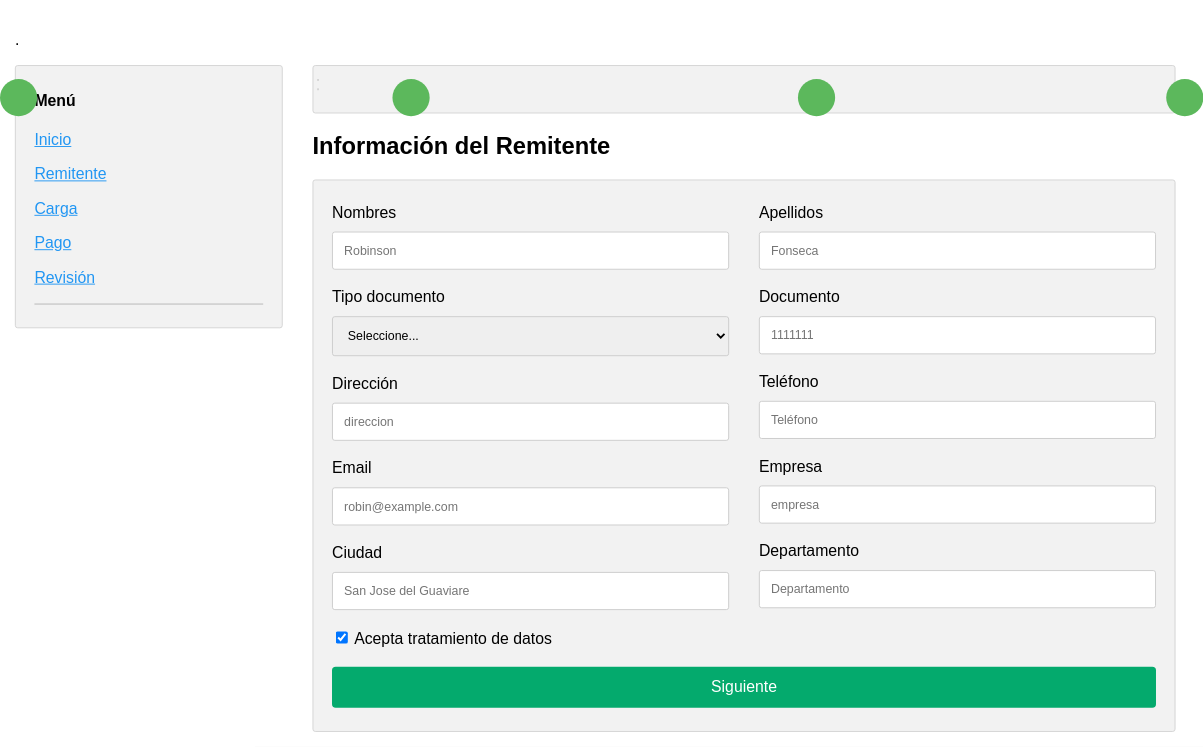
Repository: SennovaFluvial/Trasnfluvial
Page: appFluvial/templates/card1.html
The author's editor kept a copy of each file at every save. The page is drawn from the files as they stood at one save, then again after the next save.
The browser window is 1280 px wide. The page is 1294 px wide, then 1287 px, so the pictures cover 1294 px, including what lies to the right of the window. The pictures show the whole page, at 93% of full size.
Some web libraries are served in a nearby version. The template is drawn by Django 3.2. The application's start-up code is not run. Other server files are loaded and not shown. The template is opened directly, without the code that normally fills it, so the values that code supplies are empty.

Above is the page before, as saved 2023-10-18 22:26:05.

### appFluvial/templates/card1.html
<!DOCTYPE html>
<html>
<head>
<meta name="viewport" content="width=device-width, initial-scale=1">
<!--link rel="stylesheet" href="https://cdnjs.cloudflare.com/ajax/libs/font-awesome/4.7.0/css/font-awesome.min.css"-->
<style>
body {
  font-family: Arial;
  font-size: 17px;
  padding: 8px;
}

* {
  box-sizing: border-box;
}

.row {
  display: -ms-flexbox; /* IE10 */
  display: flex;
  -ms-flex-wrap: wrap; /* IE10 */
  flex-wrap: wrap;
  margin: 0 -16px;
}

.col-25 {
  -ms-flex: 25%; /* IE10 */
  flex: 25%;
}

.col-50 {
  -ms-flex: 50%; /* IE10 */
  flex: 50%;
}

.col-75 {
  -ms-flex: 75%; /* IE10 */
  flex: 75%;
}

.col-25,
.col-50,
.col-75 {
  padding: 0 16px;
}

.container {
  background-color: #f2f2f2;
  padding: 5px 20px 15px 20px;
  border: 1px solid lightgrey;
  border-radius: 3px;
}

input[type=text], select {
  width: 100%;
  margin-bottom: 20px;
  padding: 12px;
  border: 1px solid #ccc;
  border-radius: 3px;
}

input[type=submit] {
  background-color: #04AA6D;
  color: white;
  padding: 12px 20px;
  border: none;
  border-radius: 4px;
  cursor: pointer;
}

input[type=submit]:hover {
  background-color: #45a049;
}

label {
  margin-bottom: 10px;
  display: block;
}

.icon-container {
  margin-bottom: 20px;
  padding: 7px 0;
  font-size: 24px;
}

.btn {
  background-color: #04AA6D;
  color: white;
  padding: 12px;
  margin: 10px 0;
  border: none;
  width: 100%;
  border-radius: 3px;
  cursor: pointer;
  font-size: 17px;
}

.btn:hover {
  background-color: #45a049;
}

a {
  color: #2196F3;
}

hr {
  border: 1px solid lightgrey;
}

span.price {
  float: right;
  color: grey;
}

/* Responsive layout - when the screen is less than 800px wide, make the two columns stack on top of each other instead of next to each other (also change the direction - make the "cart" column go on top) */
@media (max-width: 800px) {
  .row {
    flex-direction: column-reverse;
  }
  .col-25 {
    margin-bottom: 20px;
  }
}

</style>
<style>
  .one, .two, .three, .four{
    position:absolute;
	margin-top:-10px;
	z-index:1;
	height:40px;
	width:40px;
	border-radius:25px;

}
.one{
	left:0%;
}
.two{
	left:33%;
}
.three{
	left:67%;
}
.four{
	left:98%;
}
.primary-color{
	background-color:#4989bd;
}
.success-color{
	background-color:#5cb85c;
}
.info-color{
	background-color:#5bc0de;
}
.no-color{
	background-color:inherit;
}

</style>


</head>
<body>

<p>.</p>
<div class="row">

  <div class="col-25">

    <div class="container">
      <h4>Menú <span class="price" style="color:black"><i class="fa fa-shopping-cart"></i> <b></b></span></h4>
      <p><a href="../">Inicio</a> <span class="price"> </span></p>
      <p><a href="../card/1/remitente">Remitente</a> <span class="price">  </span></p>
      <p><a href="../card/2/carga">Carga</a> <span class="price"> </span></p>
      <p><a href="../card/3/pago">Pago</a> <span class="price"> </span></p>
      <p><a href="../card/1/revision">Revisión</a> <span class="price"> </span></p>
      <hr>
      <!--p>Total <span class="price" style="color:black"><b>$30</b></span></p-->
    </div>
  </div>


  <div class="col-75">
    <!--  ****************************************BEGIN************************************************ -->
    <div class="container">
      <div class="row"><br />
        <div class="col-md-12">
            <hr />
        <div class="progress">
            <div class="one success-color"></div><div class="two success-color"></div><div class="three success-color"></div><div class="four success-color"></div>
            <div class="progress-bar progress-bar-success" style="width: 100%"></div>
        </div>
            <hr />
      </div>
      </div>
    </div>
    <!-- -*****************************************END**********************************************-->

    <h2>Información del Remitente</h2>
    <div class="container">
      <form action="/action_page.php">

        <div class="row">
          <div class="col-50">
            <h3>  </h3>
            <label for="fname"><i class="fa fa-user"></i> Nombres</label>
            <input type="text" id="fname" name="firstname" placeholder="Robinson">
            <div class="col-md-5 mb-3">
                <label for="tipodocumento">Tipo documento</label>
                <select class="custom-select d-block w-100" id="tipodocumento" required="">
                  <option value="">Seleccione...</option>
                  <option>CC</option>
                  <option>CE</option>
                  <option>Pasaporte</option>
                </select>
            </div>

            <label for="adr"><i class="fa fa-address-card-o"></i> Dirección</label>
            <input type="text" id="adr" name="address" placeholder="direccion">
            <label for="email"><i class="fa fa-envelope"></i> Email</label>
            <input type="text" id="email" name="email" placeholder="robin@example.com">
            <label for="city"><i class="fa fa-institution"></i> Ciudad</label>
            <input type="text" id="city" name="city" placeholder="San Jose del Guaviare">

          </div>

          <div class="col-50">
            <h3>  </h3>
            <label for="apellidos">Apellidos</label>
            <input type="text" id="apellidos" name="apellidos" placeholder="Fonseca">
            <label for="documento">Documento</label>
            <input type="text" id="documento" name="documento" placeholder="1111111">
            <label for="telefono">Teléfono</label>
            <input type="text" id="telefono" name="telefono" placeholder="Teléfono">
            <label for="empresa">Empresa</label>
            <input type="text" id="empresa" name="empresa" placeholder="empresa">
            <label for="dep">Departamento</label>
            <input type="text" id="dep" name="departamento" placeholder="Departamento">
            <!--div class="row">
              <div class="col-50">
                <label for="expyear">Exp Year</label>
                <input type="text" id="expyear" name="expyear" placeholder="2018">
              </div>
              <div class="col-50">
                <label for="cvv">CVV</label>
                <input type="text" id="cvv" name="cvv" placeholder="352">
              </div>
            </div-->
          </div>

        </div>
        <label>
          <input type="checkbox" checked="checked" name="sameadr"> Acepta tratamiento de datos
        </label>
        <input type="submit" value="Siguiente" class="btn small">
      </form>
    </div>
  </div>
  <!--div class="col-25">
    <div class="container">
      <h4>Cart <span class="price" style="color:black"><i class="fa fa-shopping-cart"></i> <b>4</b></span></h4>
      <p><a href="#">Product 1</a> <span class="price">$15</span></p>
      <p><a href="#">Product 2</a> <span class="price">$5</span></p>
      <p><a href="#">Product 3</a> <span class="price">$8</span></p>
      <p><a href="#">Product 4</a> <span class="price">$2</span></p>
      <hr>
      <p>Total <span class="price" style="color:black"><b>$30</b></span></p>
    </div>
  </div-->
</div>

</body>
</html>

After the next save:
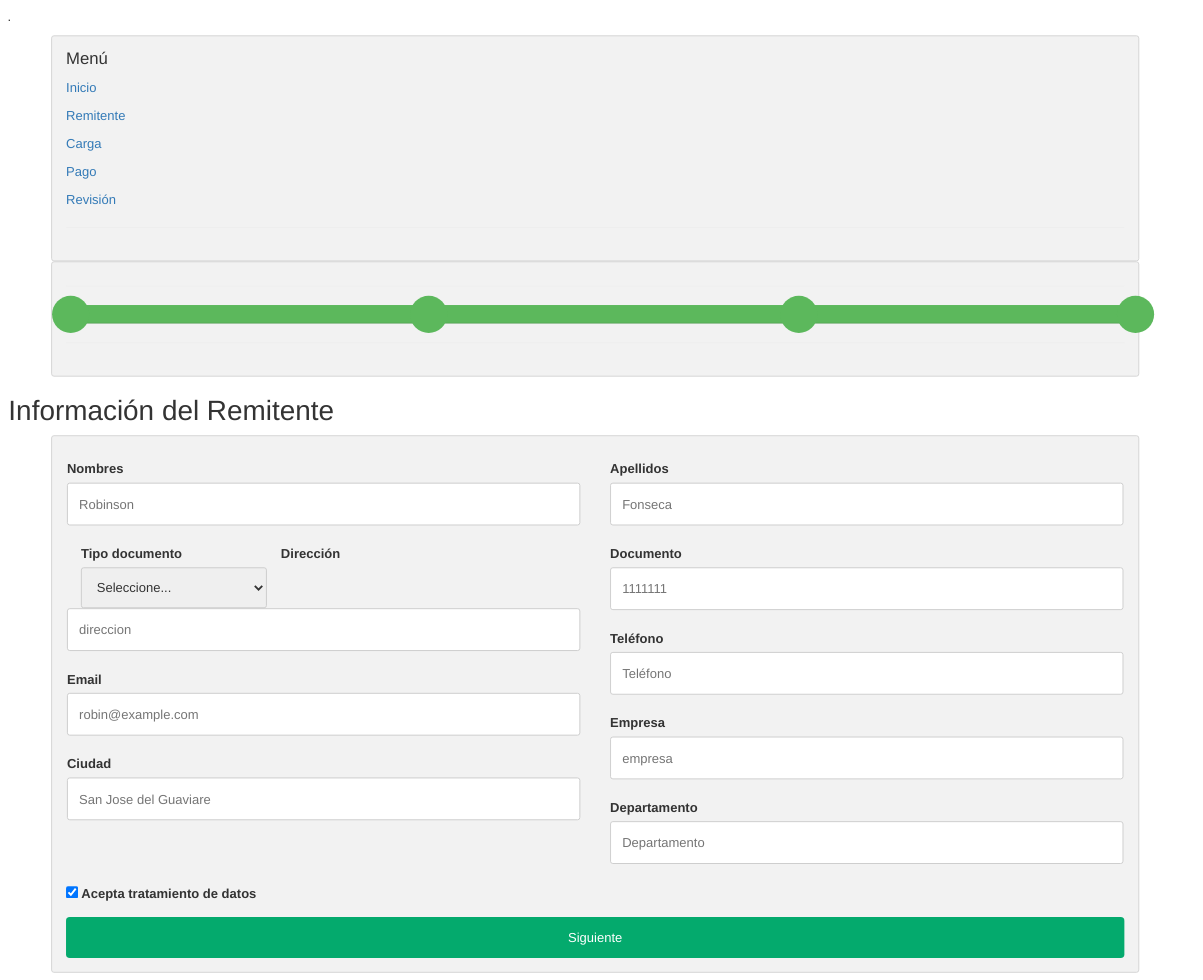
Console error (its wording comes from the project's code and is left out).
Saved 49 s later.
--- a/appFluvial/templates/card1.html
+++ b/appFluvial/templates/card1.html
@@ -159,6 +159,9 @@ span.price {
 
 </style>
 
+<link href="//netdna.bootstrapcdn.com/bootstrap/3.2.0/css/bootstrap.min.css" rel="stylesheet" id="bootstrap-css">
+<script src="//netdna.bootstrapcdn.com/bootstrap/3.2.0/js/bootstrap.min.js"></script>
+<script src="//code.jquery.com/jquery-1.11.1.min.js"></script>
 
 </head>
 <body>
